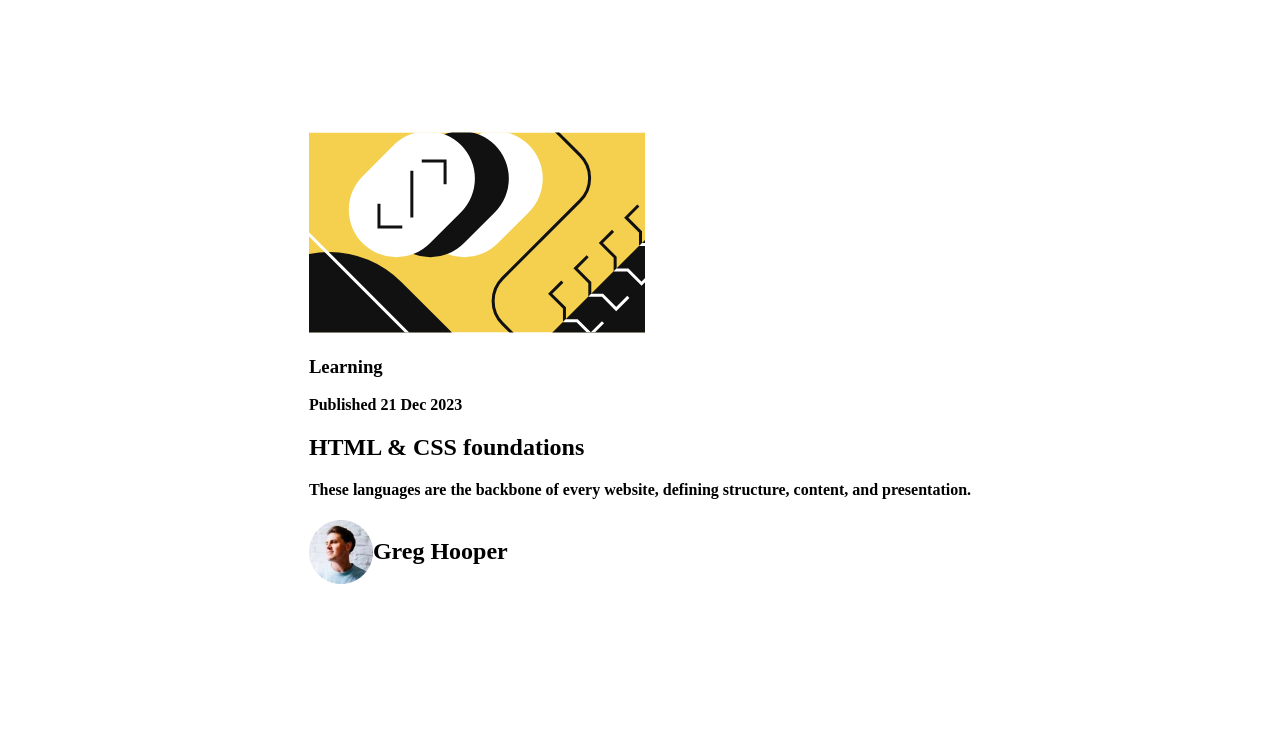
Repository: reemoon-ctrl/blog-preview-card
Page: index.html
These files come from the project's save history. The page is drawn as it stood at one moment and after the next save; the edit follows.
The browser window is 1280 px wide. The pictures show the whole page.

Above is the page before, as saved 2024-07-19 13:51:04.

After the next save:
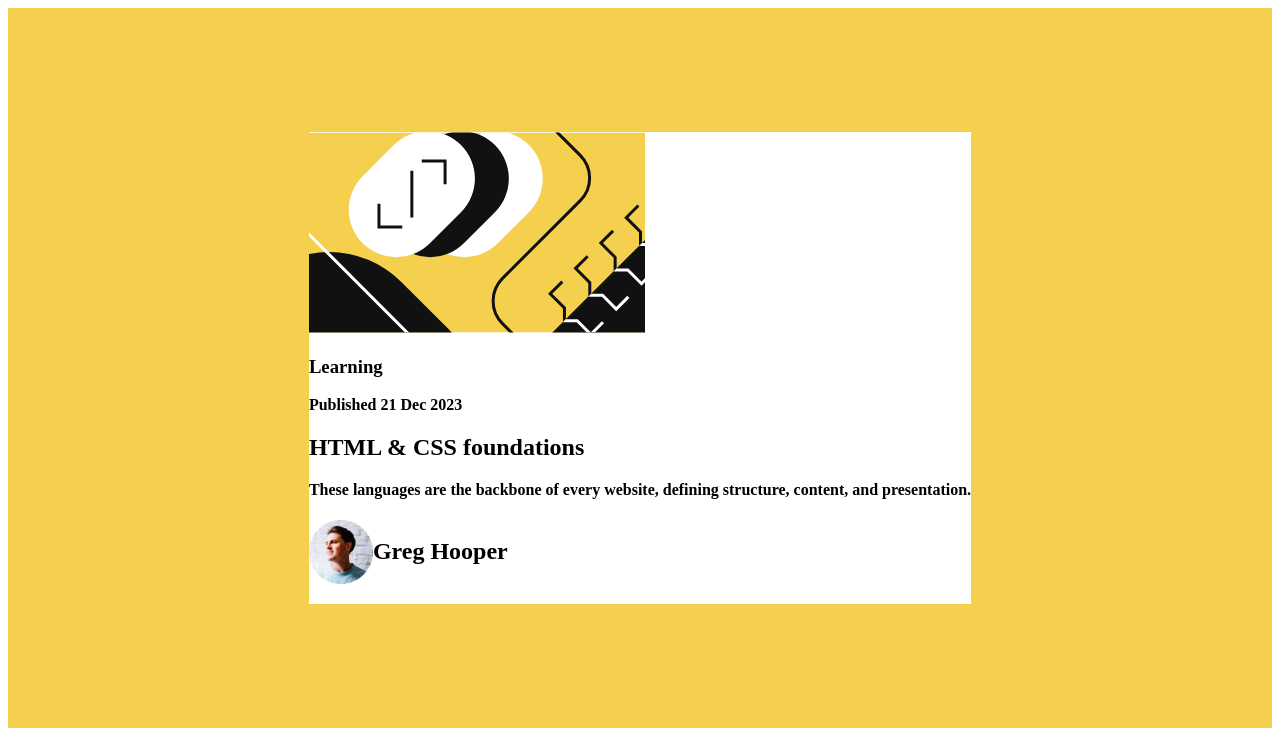
Saved 5 s later.
--- a/index.css
+++ b/index.css
@@ -3,7 +3,7 @@
     display: flex;
     align-items:center;
     justify-content: center;
-    background-color: yellowhsl(47, 88%, 63%);
+    background-color: hsl(47, 88%, 63%);
 
 
 }
